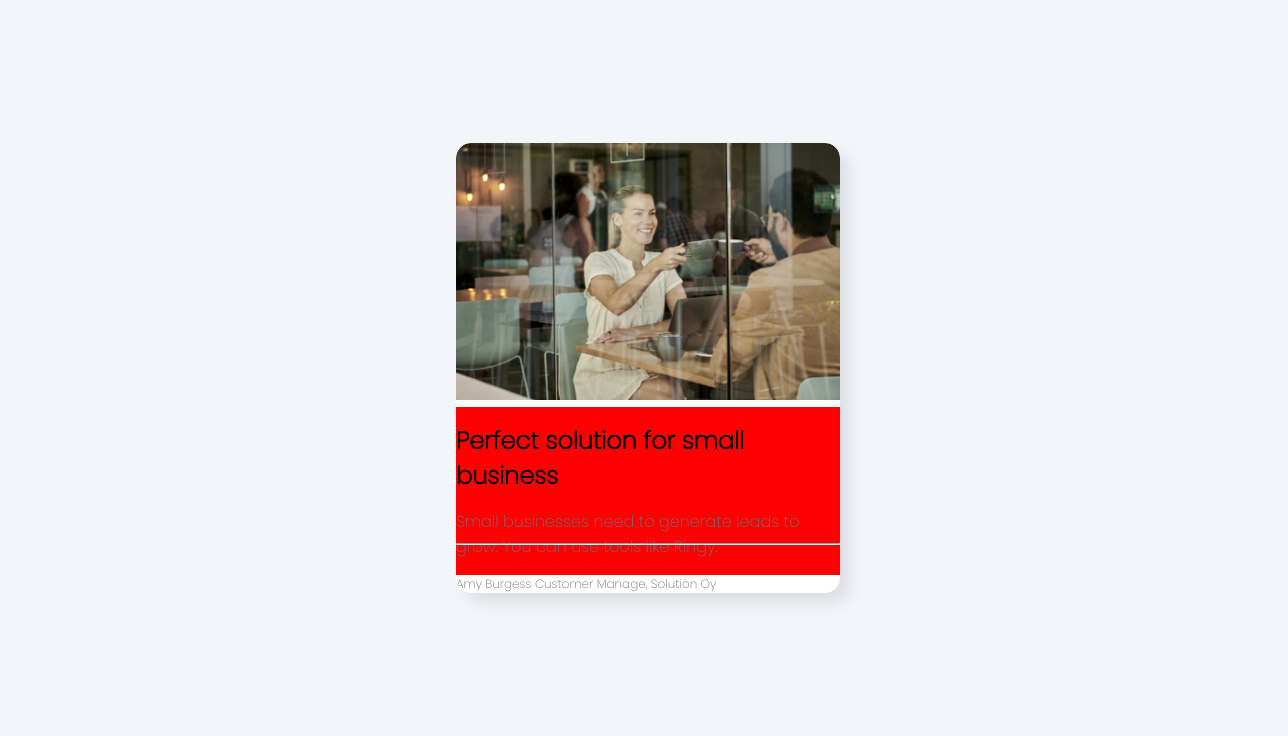
Repository: massndongo/business-blog-card
Page: index.html
These files come from the project's save history. The page is drawn as it stood at one moment and after a run of saves; the edit follows.
The browser window is 1280 px wide. The page is 1288 px wide, so the pictures cover 1288 px, including what lies to the right of the window. The pictures show the whole page.

Above is the page before, as saved 2023-11-08 04:58:54.

### index.html
<!DOCTYPE html>
<html lang="en">
<head>
    <meta charset="UTF-8">
    <meta name="viewport" content="width=device-width, initial-scale=1.0">
    <link rel="stylesheet" href="css/styles.css">
    <title>Responsive Web Developer Starter - devchallenges.io</title>
    <link rel="icon" href="images/favicon.ico" type="image/x-icon" sizes="any">
</head>
<body>
    <div class="card">
        <img src="images/hero-image-business-card.png" alt="" srcset="">
        <div class="card-body">
            <h1 class="title">Perfect solution for small business</h1>
            <p class="corps">Small businesses need to generate leads to grow. You can use tools like Ringy.</p>
        </div>
        <hr>
        <div class="card-footer">
            <!-- <img src="images/avatar-image-business-card.png" alt="" srcset=""> -->
            <div>
                <span>Amy Burgess</span>
                <span>Customer Manage, Solution Oy</span>
            </div>
        </div>
    </div>
</body>
</html>

### css/styles.css
@import url('https://fonts.googleapis.com/css2?family=Poppins:wght@200&display=swa');

* {
    box-sizing: border-box;
    font-family: 'Poppins', sans-serif;
    overflow: hidden;
}

/* Add some styles for body*/
body {
    width: 100%;
    height: 100vh;
    background-color: #F2F5F9;
    display: flex;
    justify-content: center;
    align-items: center;

}

.card{
    position: relative;
    flex-direction: column;
    background-color: #FFFFFF;
    box-shadow: 10px 10px 15px 0px rgba(0, 0, 0, 0.09);
    width: 30%;
    height: auto;
    border-radius: 15px;
}
.card img{
    width: 100%;
    /* border-radius: 10px; */
    border-radius: 15px 15px 0 0;
}
.card-body{
    background-color: red;

}
.title{
    font-size: 24px;
    z-index: 1;

}
.corps{
    font-size: 16px;

}
.card-footer{
    position: relative;
    font-size: 12px;
}
.corps, .card-footer, hr{
    color: #6C727F
}
hr{
    width: 100%;
    height: 1px;
    position: absolute;
    bottom: 9%;
    left: 0;
    right: 0;
    background-color: #6c727f85;
}

@media screen and (max-width: 768px) {
    .card {
        width: 90%;
    }
}

After the next 2 saves:
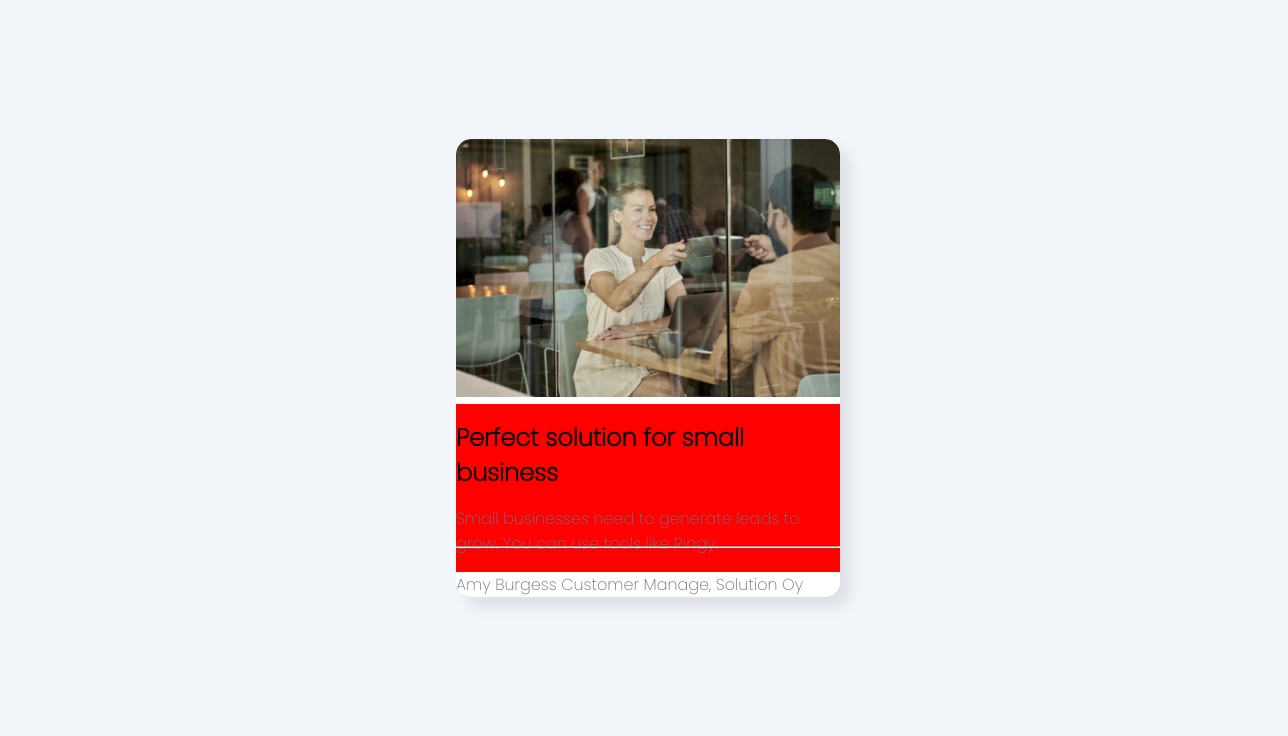
The 2 saves are shown as one change because they came seconds apart.
The last was saved 13 s later.
--- a/css/styles.css
+++ b/css/styles.css
@@ -46,7 +46,7 @@ body {
 }
 .card-footer{
     position: relative;
-    font-size: 12px;
+    font-size: 16px;
 }
 .corps, .card-footer, hr{
     color: #6C727F
